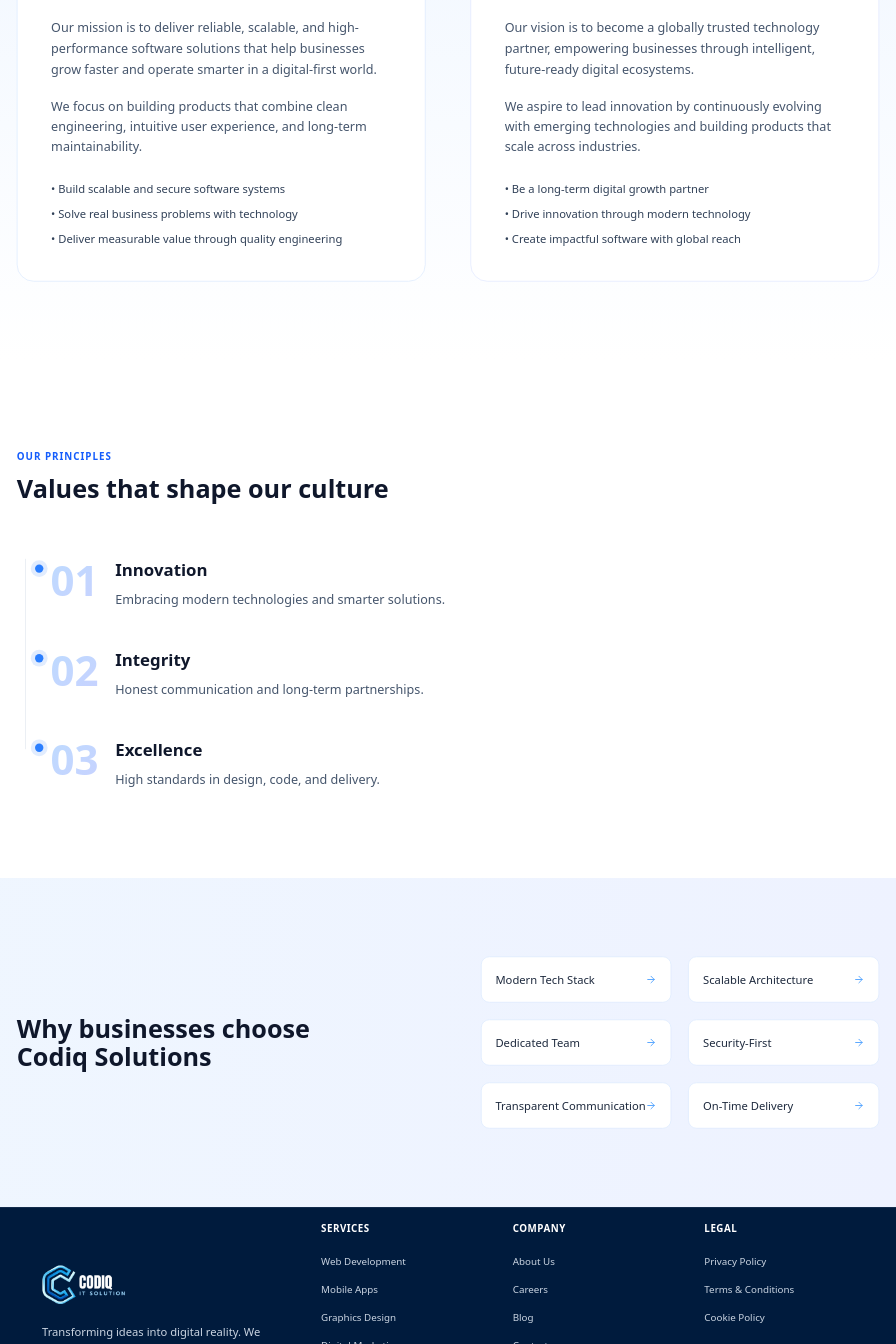
Repository: codiqsolutions/Codiq_Web
Page: /about (app in codiq-main/frontend/)
These files come from the project's save history. The page is drawn as it stood at one moment and after the next save; the edit follows.
The browser window is 1280 px wide. The pictures show the part of the page from y = 1226 to 3146 px (the page is 3402 px tall), at 70% of full size.
The project was rebuilt for these pictures with package versions that can differ from the ones it lists, and the page was loaded fresh each time. The framework's server and built-in components were replaced by stand-ins that run in the browser. Also part of the build but not shown: codiq-main/frontend/next.config.ts.

Above is the page before, as saved 2026-01-08 14:58:10.

### codiq-main/frontend/app/layout.tsx
import type { Metadata } from "next";
import { Geist, Geist_Mono } from "next/font/google";
import "./globals.css";
import { Footer } from "@/components/Footer";
import Header from "@/components/Header";

const geistSans = Geist({
  variable: "--font-geist-sans",
  subsets: ["latin"],
});

const geistMono = Geist_Mono({
  variable: "--font-geist-mono",
  subsets: ["latin"],
});

export const metadata: Metadata = {
  title: "Codiq Solutions",
  description:
    "Codiq Solutions offers premium Web development, Mobile apps, and Digital marketing.",
};

export default function RootLayout({
  children,
}: {
  children: React.ReactNode;
}) {
  return (
    <html lang="en" className="scroll-smooth">
      <body
        className={`${geistSans.variable} ${geistMono.variable} antialiased min-h-screen flex flex-col font-sans`}
      >
        <Header />
        <main className="flex-grow pt-16">{children}</main>
        <Footer />
      </body>
    </html>
  );
}

### codiq-main/frontend/app/about/page.tsx
"use client"

import { motion } from "framer-motion"
import {
    Code2,
    Target,
    Users,
    Lightbulb,
    ShieldCheck,
    Rocket,
    ArrowRight,
} from "lucide-react"
import { PageHeader } from "@/components/PageHeader"

export default function AboutPage() {
    return (
        <>
            <PageHeader
                title="About Codiq Solutions"
                description="Engineering scalable software products with precision, performance, and purpose."
            />

            {/* INTRO STORY */}
            <section className="relative bg-white py-32 overflow-hidden">
                {/* Color accents */}
                <div className="absolute -top-32 -left-32 h-96 w-96 rounded-full bg-blue-100 blur-3xl opacity-70" />
                <div className="absolute top-1/3 -right-32 h-96 w-96 rounded-full bg-indigo-100 blur-3xl opacity-70" />

                <div className="relative mx-auto max-w-7xl px-6">
                    <div className="grid lg:grid-cols-[1.2fr_0.8fr] gap-20 items-center">
                        <motion.div
                            initial={{ opacity: 0, y: 30 }}
                            whileInView={{ opacity: 1, y: 0 }}
                            viewport={{ once: true }}
                        >
                            <p className="text-sm font-semibold tracking-widest uppercase mb-4 bg-gradient-to-r from-blue-600 to-indigo-600 bg-clip-text text-transparent">
                                Our Identity
                            </p>

                            <h2 className="text-5xl font-extrabold leading-tight mb-8 text-slate-900">
                                We build software <br />
                                <span className="bg-gradient-to-r from-blue-600 to-indigo-600 bg-clip-text text-transparent">
                                    that scales with ambition.
                                </span>
                            </h2>

                            <p className="text-lg text-slate-600 leading-relaxed mb-6">
                                Codiq Solutions is a technology-driven IT company crafting
                                intelligent digital products for startups and modern businesses.
                            </p>

                            <p className="text-lg text-slate-600 leading-relaxed">
                                We combine engineering excellence with business-first thinking
                                to deliver real impact.
                            </p>
                        </motion.div>

                        {/* Side Highlights */}
                        <motion.div
                            initial={{ opacity: 0, scale: 0.95 }}
                            whileInView={{ opacity: 1, scale: 1 }}
                            viewport={{ once: true }}
                            className="space-y-6"
                        >
                            {[
                                { icon: Code2, label: "Engineering First", color: "from-blue-500 to-indigo-500" },
                                { icon: ShieldCheck, label: "Security Focused", color: "from-indigo-500 to-violet-500" },
                                { icon: Rocket, label: "Growth Ready", color: "from-violet-500 to-purple-500" },
                            ].map((item) => (
                                <div
                                    key={item.label}
                                    className="flex items-center gap-5 rounded-2xl border border-slate-200 bg-white p-6 shadow-sm hover:shadow-lg transition"
                                >
                                    <div
                                        className={`flex h-12 w-12 items-center justify-center rounded-xl bg-gradient-to-br ${item.color} text-white`}
                                    >
                                        <item.icon className="h-6 w-6" />
                                    </div>
                                    <span className="text-lg font-semibold text-slate-800">
                                        {item.label}
                                    </span>
                                </div>
                            ))}
                        </motion.div>
                    </div>
                </div>
            </section>

            {/* MISSION & VISION */}
            <section className="bg-gradient-to-b from-blue-50 to-white py-28">
                <div className="mx-auto max-w-7xl px-6">
                    <div className="grid md:grid-cols-2 gap-16">

                        {/* MISSION */}
                        <motion.div
                            whileHover={{ y: -8 }}
                            className="rounded-3xl bg-white p-12 border border-blue-100 transition hover:shadow-xl"
                        >
                            <Target className="h-10 w-10 text-blue-600 mb-6" />

                            <h3 className="text-3xl font-bold text-slate-900 mb-6">
                                Our Mission
                            </h3>

                            <p className="text-lg text-slate-600 leading-relaxed mb-6">
                                Our mission is to deliver reliable, scalable, and high-performance
                                software solutions that help businesses grow faster and operate
                                smarter in a digital-first world.
                            </p>

                            <p className="text-lg text-slate-600 leading-relaxed mb-8">
                                We focus on building products that combine clean engineering,
                                intuitive user experience, and long-term maintainability.
                            </p>

                            <ul className="space-y-3 text-slate-700 font-medium">
                                <li>• Build scalable and secure software systems</li>
                                <li>• Solve real business problems with technology</li>
                                <li>• Deliver measurable value through quality engineering</li>
                            </ul>
                        </motion.div>

                        {/* VISION */}
                        <motion.div
                            whileHover={{ y: -8 }}
                            className="rounded-3xl bg-white p-12 border border-indigo-100 transition hover:shadow-xl"
                        >
                            <Lightbulb className="h-10 w-10 text-indigo-600 mb-6" />

                            <h3 className="text-3xl font-bold text-slate-900 mb-6">
                                Our Vision
                            </h3>

                            <p className="text-lg text-slate-600 leading-relaxed mb-6">
                                Our vision is to become a globally trusted technology partner,
                                empowering businesses through intelligent, future-ready digital
                                ecosystems.
                            </p>

                            <p className="text-lg text-slate-600 leading-relaxed mb-8">
                                We aspire to lead innovation by continuously evolving with emerging
                                technologies and building products that scale across industries.
                            </p>

                            <ul className="space-y-3 text-slate-700 font-medium">
                                <li>• Be a long-term digital growth partner</li>
                                <li>• Drive innovation through modern technology</li>
                                <li>• Create impactful software with global reach</li>
                            </ul>
                        </motion.div>

                    </div>
                </div>
            </section>

            {/* VALUES */}
            <section className="bg-white py-32">
                <div className="mx-auto max-w-7xl px-6">
                    <div className="mb-20 max-w-2xl">
                        <p className="text-sm font-semibold tracking-widest uppercase mb-4 text-blue-600">
                            Our Principles
                        </p>
                        <h2 className="text-4xl font-extrabold text-slate-900">
                            Values that shape our culture
                        </h2>
                    </div>

                    <div className="relative space-y-14 pl-8">
                        {/* Timeline line */}
                        <div className="absolute left-3 top-0 bottom-0 w-px bg-slate-200" />

                        {[
                            {
                                title: "Innovation",
                                desc: "Embracing modern technologies and smarter solutions.",
                            },
                            {
                                title: "Integrity",
                                desc: "Honest communication and long-term partnerships.",
                            },
                            {
                                title: "Excellence",
                                desc: "High standards in design, code, and delivery.",
                            },
                        ].map((value, i) => (
                            <motion.div
                                key={value.title}
                                initial={{ opacity: 0, x: -40 }}
                                whileInView={{ opacity: 1, x: 0 }}
                                viewport={{ once: true }}
                                transition={{ delay: i * 0.1 }}
                                className="relative flex items-start gap-6 pl-4"
                            >
                                {/* Timeline dot */}
                                <div className="absolute left-[-6px] top-2 h-3 w-3 rounded-full bg-blue-500 shadow-[0_0_0_6px_rgba(59,130,246,0.15)]" />

                                <div className="text-6xl font-extrabold bg-gradient-to-br from-blue-200 to-indigo-200 bg-clip-text text-transparent">
                                    {String(i + 1).padStart(2, "0")}
                                </div>

                                <div>
                                    <h3 className="text-2xl font-bold text-slate-900 mb-3">
                                        {value.title}
                                    </h3>
                                    <p className="text-lg text-slate-600 max-w-2xl">
                                        {value.desc}
                                    </p>
                                </div>
                            </motion.div>
                        ))}
                    </div>
                </div>
            </section>

            {/* WHY CODIQ */}
            <section className="bg-gradient-to-r from-blue-50 to-indigo-50 py-28">
                <div className="mx-auto max-w-7xl px-6">
                    <div className="flex flex-col lg:flex-row lg:items-center lg:justify-between gap-12">
                        <h2 className="text-4xl font-extrabold text-slate-900 max-w-xl">
                            Why businesses choose <br /> Codiq Solutions
                        </h2>

                        <div className="grid sm:grid-cols-2 gap-6 max-w-xl">
                            {[
                                "Modern Tech Stack",
                                "Scalable Architecture",
                                "Dedicated Team",
                                "Security-First",
                                "Transparent Communication",
                                "On-Time Delivery",
                            ].map((point) => (
                                <div
                                    key={point}
                                    className="flex items-center justify-between rounded-xl bg-white border border-blue-100 p-5 hover:shadow-lg transition"
                                >
                                    <span className="font-medium text-slate-800">{point}</span>
                                    <ArrowRight className="h-4 w-4 text-blue-400" />
                                </div>
                            ))}
                        </div>
                    </div>
                </div>
            </section>
        </>
    )
}

### codiq-main/frontend/app/globals.css
@import "tailwindcss";

:root {
  /* Brand Colors - Electric Blue & Deep Space */
  --primary: #2563eb;
  /* Blue-600 */
  --primary-hover: #1d4ed8;
  /* Blue-700 */
  --primary-light: #dbeafe;
  /* Blue-100 */
  --text-primary: #0f172a;
  /* Slate-900 */
  --text-muted: #475569;
  /* Slate-600 */
  --primary-foreground: 255, 255, 255;

  --secondary: 15, 23, 42;
  /* slate-900 */
  --secondary-foreground: 255, 255, 255;

  --accent: 79, 70, 229;
  /* indigo-600 */
  --accent-foreground: 255, 255, 255;

  /* Backgrounds */
  --background: 255, 255, 255;
  --foreground: 15, 23, 42;

  --glass-border: 226, 232, 240;
  /* slate-200 */

  --radius: 0.75rem;
}

@media (prefers-color-scheme: dark) {
  :root {
    --background: 2, 6, 23;
    /* slate-950 */
    --foreground: 248, 250, 252;
    /* slate-50 */

    --glass-border: 30, 41, 59;
    /* slate-800 */

    /* Adjust secondary for dark mode contrast */
    --secondary: 248, 250, 252;
    --secondary-foreground: 15, 23, 42;
  }
}

body {
  color: rgb(var(--foreground));
  background-color: rgb(var(--background));
  background-image:
    radial-gradient(circle at 50% 0%, rgba(var(--primary), 0.15) 0%, transparent 50%),
    radial-gradient(circle at 100% 0%, rgba(var(--accent), 0.1) 0%, transparent 50%);
  min-height: 100vh;
  font-feature-settings: "ss01", "ss02", "cv01", "cv02";
  -webkit-font-smoothing: antialiased;
}

/* Utilities */
@utility glass {
  @apply backdrop-blur-xl bg-white/70 dark:bg-slate-950/70 border border-slate-200/50 dark:border-slate-800/50;
}

@utility glass-nav {
  @apply backdrop-blur-xl bg-white/80 dark:bg-slate-950/80 border border-slate-200/50 dark:border-slate-800/50 shadow-sm supports-[backdrop-filter]:bg-white/60 supports-[backdrop-filter]:dark:bg-slate-950/60;
}

@utility premium-card {
  @apply bg-white dark:bg-slate-900/50 border border-slate-200 dark:border-slate-800 rounded-2xl shadow-sm hover:shadow-xl transition-all duration-300 hover:border-blue-500/30 dark:hover:border-blue-500/30 hover:-translate-y-1;
}

@utility text-balance {
  text-wrap: balance;
}

@utility text-pretty {
  text-wrap: pretty;
}

@layer base {
  * {
    @apply border-gray-200 dark:border-gray-800;
  }
}

### codiq-main/frontend/components/PageHeader.tsx
"use client"

import { motion } from "framer-motion"

interface PageHeaderProps {
    title: string
    description: string
}

export function PageHeader({ title, description }: PageHeaderProps) {
    return (
        <div className="bg-slate-50 dark:bg-slate-900/50 py-20 pb-24 text-center">
            <div className="mx-auto max-w-7xl px-4 sm:px-6 lg:px-8">
                <motion.h1
                    initial={{ opacity: 0, y: 20 }}
                    animate={{ opacity: 1, y: 0 }}
                    className="text-4xl font-bold tracking-tight text-slate-900 dark:text-white sm:text-5xl"
                >
                    {title}
                </motion.h1>
                <motion.p
                    initial={{ opacity: 0, y: 20 }}
                    animate={{ opacity: 1, y: 0 }}
                    transition={{ delay: 0.1 }}
                    className="mt-6 text-lg text-slate-600 dark:text-slate-400 max-w-2xl mx-auto"
                >
                    {description}
                </motion.p>
            </div>
        </div>
    )
}

### codiq-main/frontend/components/ui/button.tsx
import * as React from "react"
import { Slot } from "@radix-ui/react-slot"
import { cva, type VariantProps } from "class-variance-authority"

import { cn } from "@/lib/utils"

const buttonVariants = cva(
  "inline-flex items-center justify-center gap-2 whitespace-nowrap rounded-md text-sm font-medium transition-colors focus-visible:outline-none focus-visible:ring-1 focus-visible:ring-ring disabled:pointer-events-none disabled:opacity-50 [&_svg]:pointer-events-none [&_svg]:size-4 [&_svg]:shrink-0",
  {
    variants: {
      variant: {
        default:
          "bg-primary text-primary-foreground shadow hover:bg-primary/90",
        destructive:
          "bg-destructive text-destructive-foreground shadow-sm hover:bg-destructive/90",
        outline:
          "border border-input bg-background shadow-sm hover:bg-accent hover:text-accent-foreground",
        secondary:
          "bg-secondary text-secondary-foreground shadow-sm hover:bg-secondary/80",
        ghost: "hover:bg-accent hover:text-accent-foreground",
        link: "text-primary underline-offset-4 hover:underline",
      },
      size: {
        default: "h-9 px-4 py-2",
        sm: "h-8 rounded-md px-3 text-xs",
        lg: "h-10 rounded-md px-8",
        icon: "h-9 w-9",
      },
    },
    defaultVariants: {
      variant: "default",
      size: "default",
    },
  }
)

export interface ButtonProps
  extends React.ButtonHTMLAttributes<HTMLButtonElement>,
    VariantProps<typeof buttonVariants> {
  asChild?: boolean
}

const Button = React.forwardRef<HTMLButtonElement, ButtonProps>(
  ({ className, variant, size, asChild = false, ...props }, ref) => {
    const Comp = asChild ? Slot : "button"
    return (
      <Comp
        className={cn(buttonVariants({ variant, size, className }))}
        ref={ref}
        {...props}
      />
    )
  }
)
Button.displayName = "Button"

export { Button, buttonVariants }

Loaded but not shown: codiq-main/frontend/lib/utils.ts (common file); codiq-main/frontend/components/Footer.tsx (153 lines, source omitted); codiq-main/frontend/components/Header.tsx (142 lines, source omitted); codiq-main/frontend/components/ui/sheet.tsx (140 lines, source omitted)

After the next save:
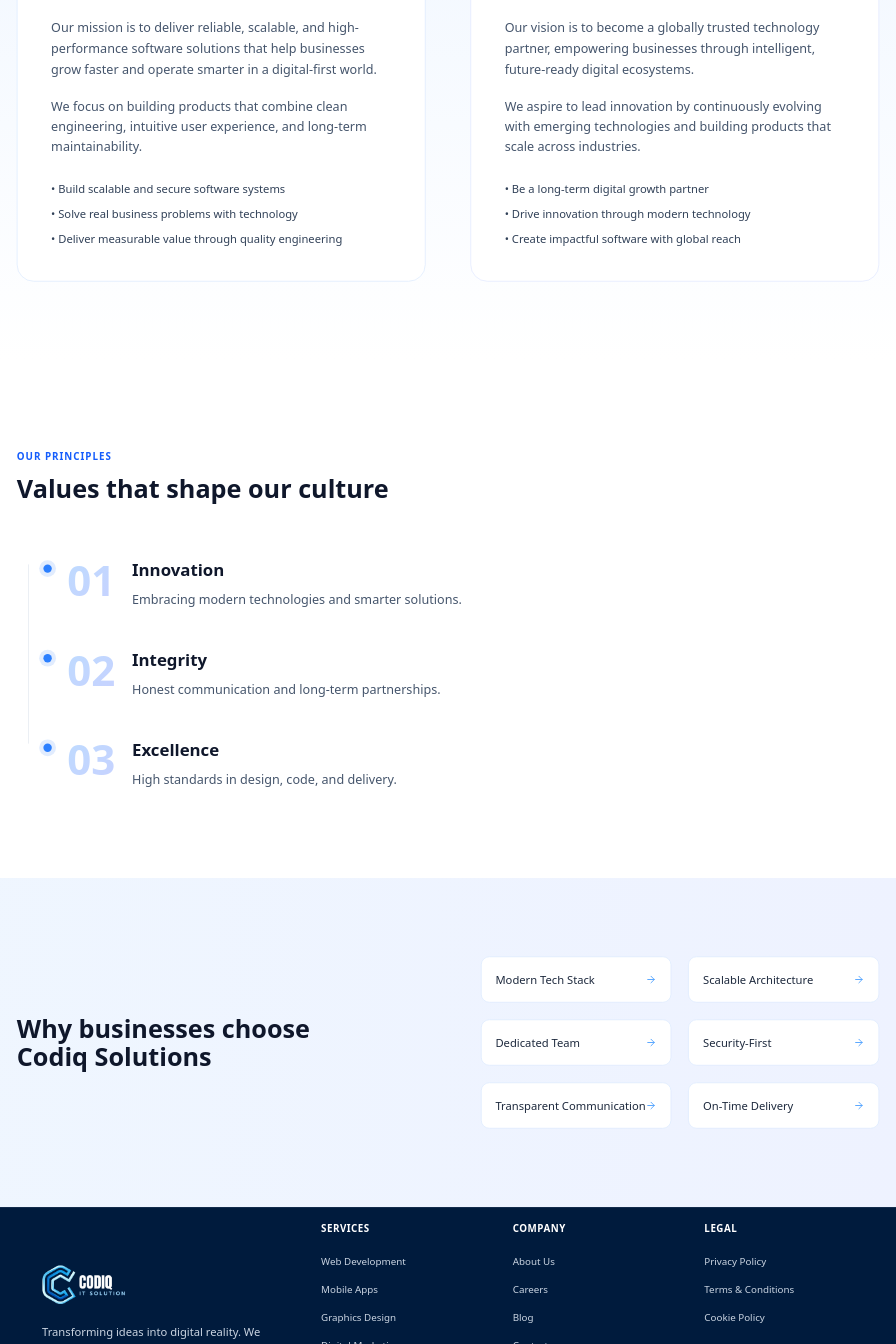
Saved 2 min 36 s later.
--- a/codiq-main/frontend/app/about/page.tsx
+++ b/codiq-main/frontend/app/about/page.tsx
@@ -165,9 +165,9 @@ export default function AboutPage() {
                         </h2>
                     </div>
 
-                    <div className="relative space-y-14 pl-8">
+                    <div className="relative space-y-14 pl-12">
                         {/* Timeline line */}
-                        <div className="absolute left-3 top-0 bottom-0 w-px bg-slate-200" />
+                        <div className="absolute left-4 top-2 bottom-2 w-px bg-slate-200" />
 
                         {[
                             {
@@ -189,10 +189,10 @@ export default function AboutPage() {
                                 whileInView={{ opacity: 1, x: 0 }}
                                 viewport={{ once: true }}
                                 transition={{ delay: i * 0.1 }}
-                                className="relative flex items-start gap-6 pl-4"
+                                className="relative flex items-start gap-6 pl-6"
                             >
                                 {/* Timeline dot */}
-                                <div className="absolute left-[-6px] top-2 h-3 w-3 rounded-full bg-blue-500 shadow-[0_0_0_6px_rgba(59,130,246,0.15)]" />
+                                <div className="absolute -left-[10px] top-2 h-3 w-3 rounded-full bg-blue-500 shadow-[0_0_0_6px_rgba(59,130,246,0.15)]" />
 
                                 <div className="text-6xl font-extrabold bg-gradient-to-br from-blue-200 to-indigo-200 bg-clip-text text-transparent">
                                     {String(i + 1).padStart(2, "0")}
